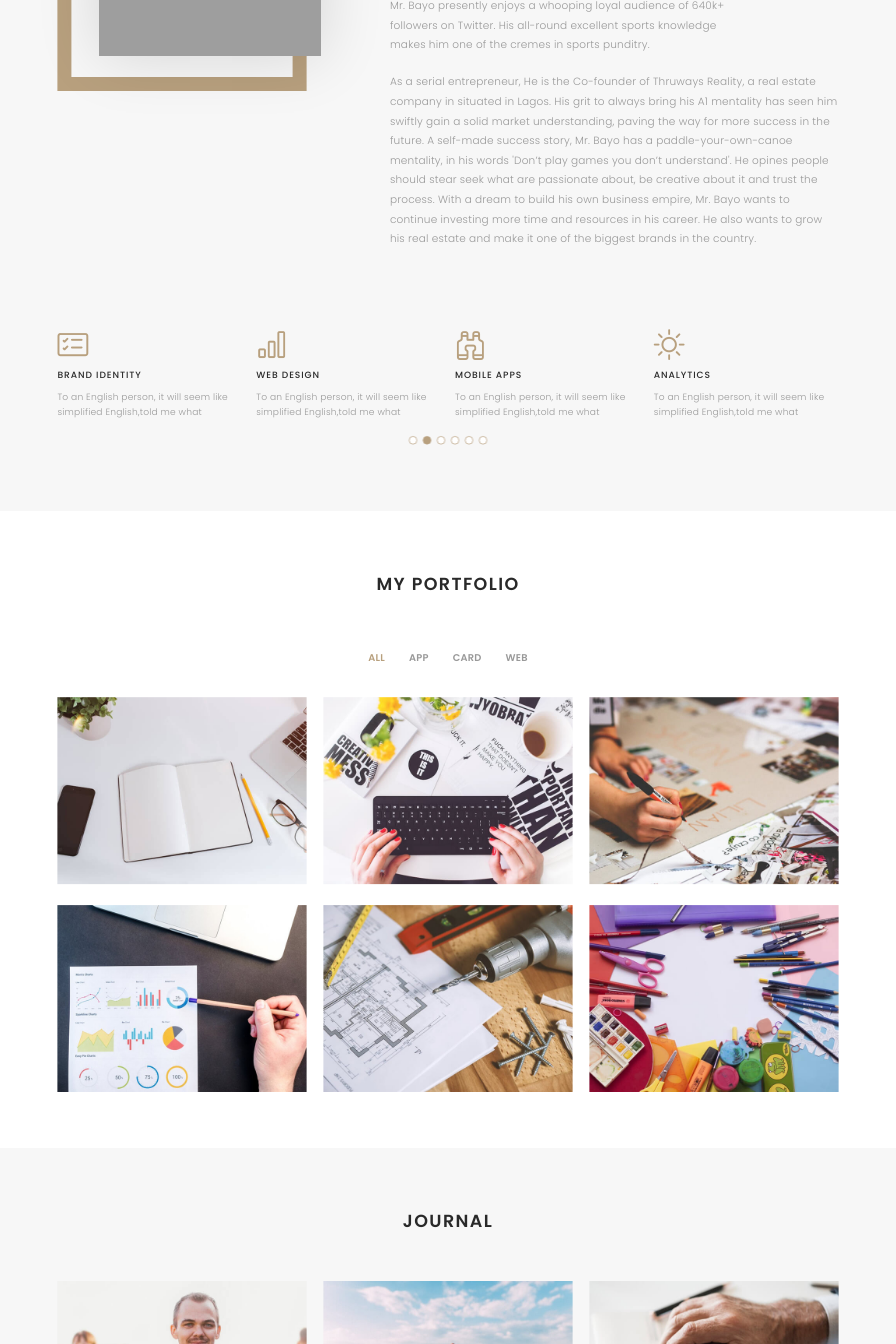
Repository: muhammedctgr/MrBayoA1
Page: index.html
The author's editor kept a copy of each file at every save. The page is drawn from the files as they stood at one save, then again after a run of saves.
The browser window is 1280 px wide. The pictures show the part of the page from y = 1120 to 3040 px (the page is 4218 px tall before and 4246 px after), at 70% of full size.
Pictures or frames that could not be fetched are drawn as grey boxes. Some web fonts or font styles are not loaded; a fallback is used.

Above is the page before, as saved 2022-10-17 23:22:05.

After the next 5 saves:
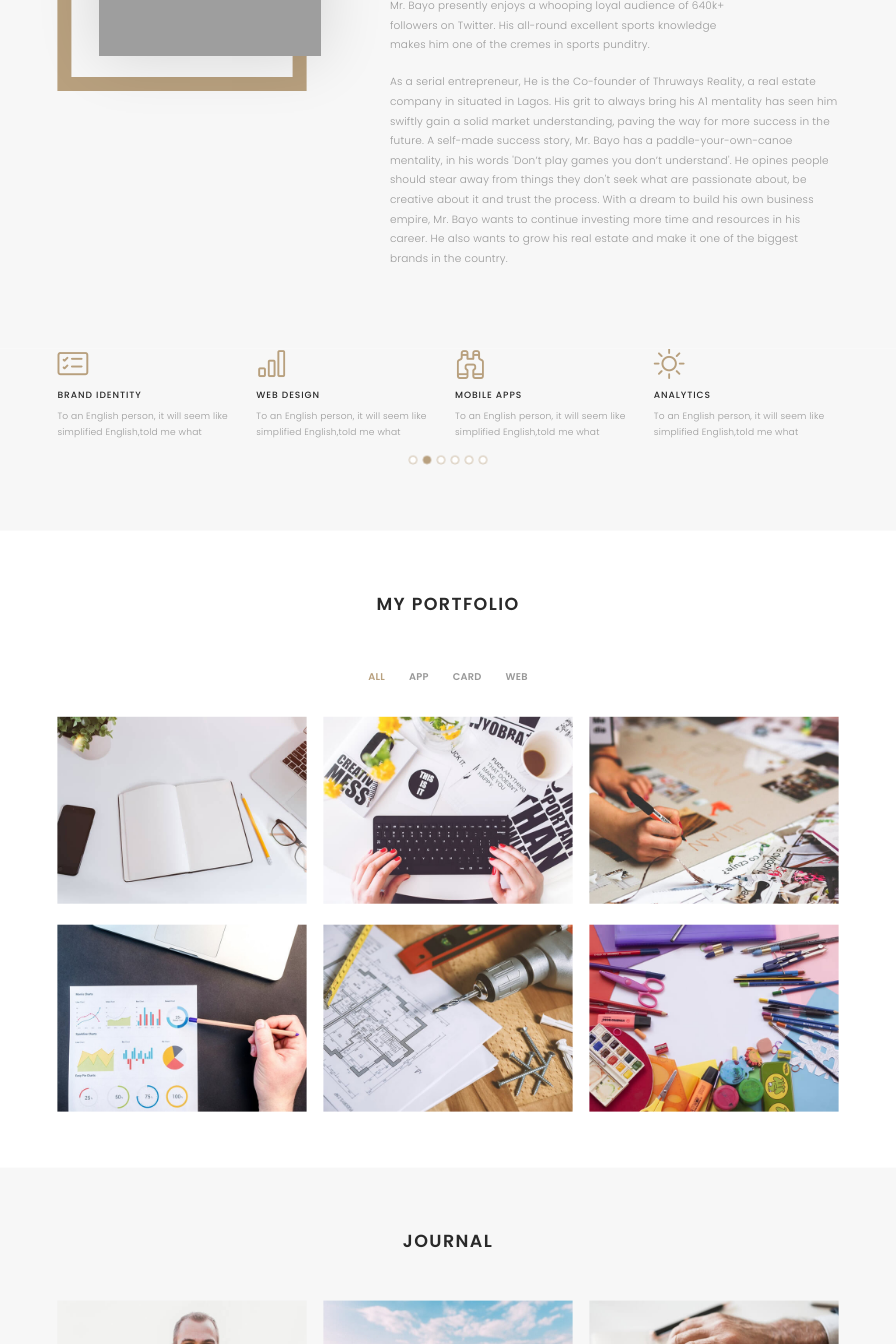
The 5 saves are shown as one change because they came seconds apart.
The last was saved 17 s later.
--- a/index.html
+++ b/index.html
@@ -116,7 +116,7 @@
                 As a serial entrepreneur, He is the Co-founder of Thruways Reality, a real estate company in situated in Lagos. His grit to always bring his A1 mentality has seen
                 him swiftly gain a solid market understanding, paving the way for more success in the future.
                 A self-made success story, Mr. Bayo has a paddle-your-own-canoe mentality, in his words 'Don’t play games you don’t understand'.
-                He opines people should stear seek what are passionate about, be creative about it and trust the process.
+                He opines people should stear away from things they don't seek what are passionate about, be creative about it and trust the process.
                 With a dream to build his own business empire, Mr. Bayo wants to continue investing more time and resources in his career. He also wants to grow his real estate and make it one of the biggest brands in the country.
               </p>
             </div>

After the 2 saves that followed:
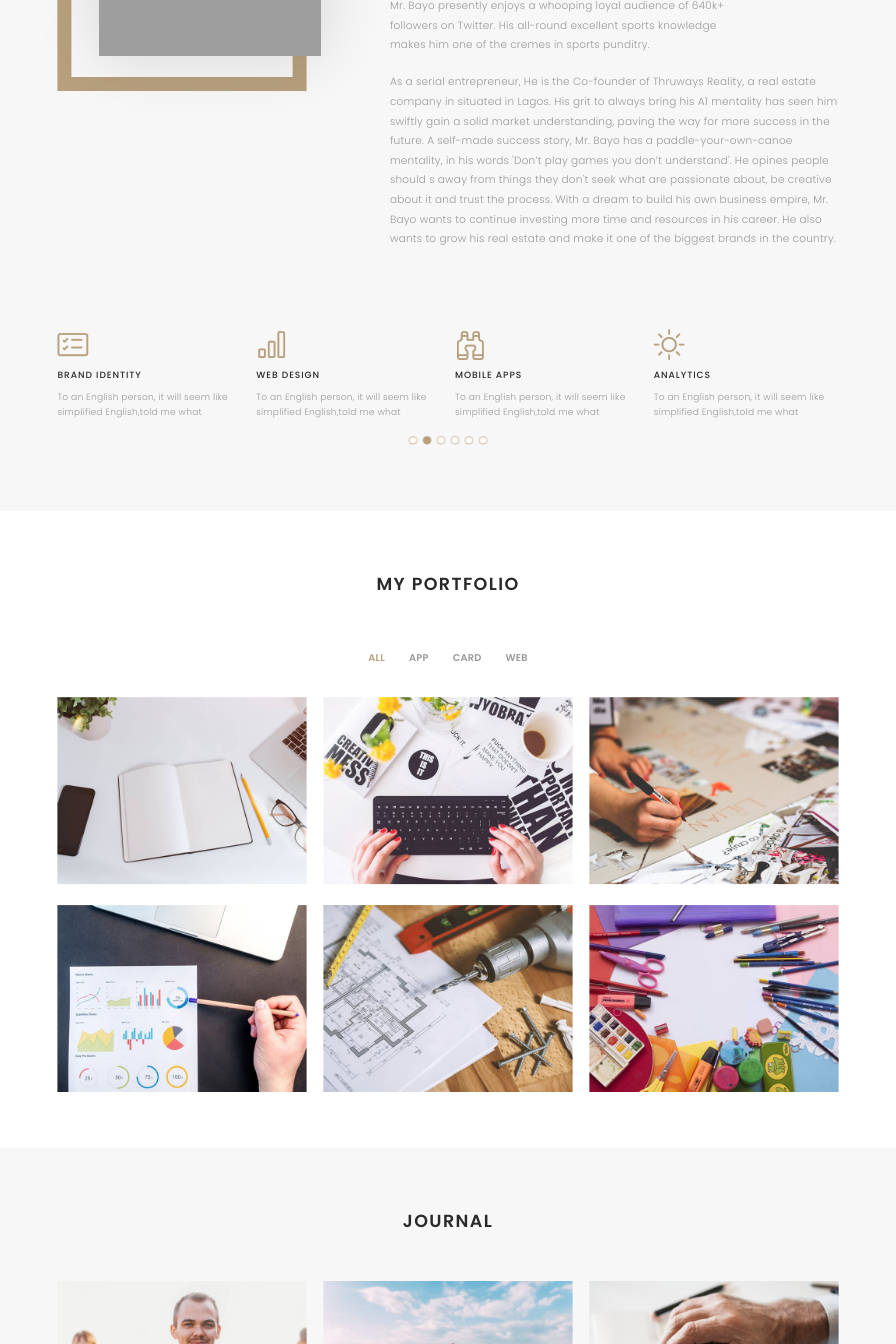
The 2 saves are shown as one change because they came seconds apart.
The last was saved 20 s later.
--- a/index.html
+++ b/index.html
@@ -116,7 +116,7 @@
                 As a serial entrepreneur, He is the Co-founder of Thruways Reality, a real estate company in situated in Lagos. His grit to always bring his A1 mentality has seen
                 him swiftly gain a solid market understanding, paving the way for more success in the future.
                 A self-made success story, Mr. Bayo has a paddle-your-own-canoe mentality, in his words 'Don’t play games you don’t understand'.
-                He opines people should stear away from things they don't seek what are passionate about, be creative about it and trust the process.
+                He opines people should s away from things they don't seek what are passionate about, be creative about it and trust the process.
                 With a dream to build his own business empire, Mr. Bayo wants to continue investing more time and resources in his career. He also wants to grow his real estate and make it one of the biggest brands in the country.
               </p>
             </div>
